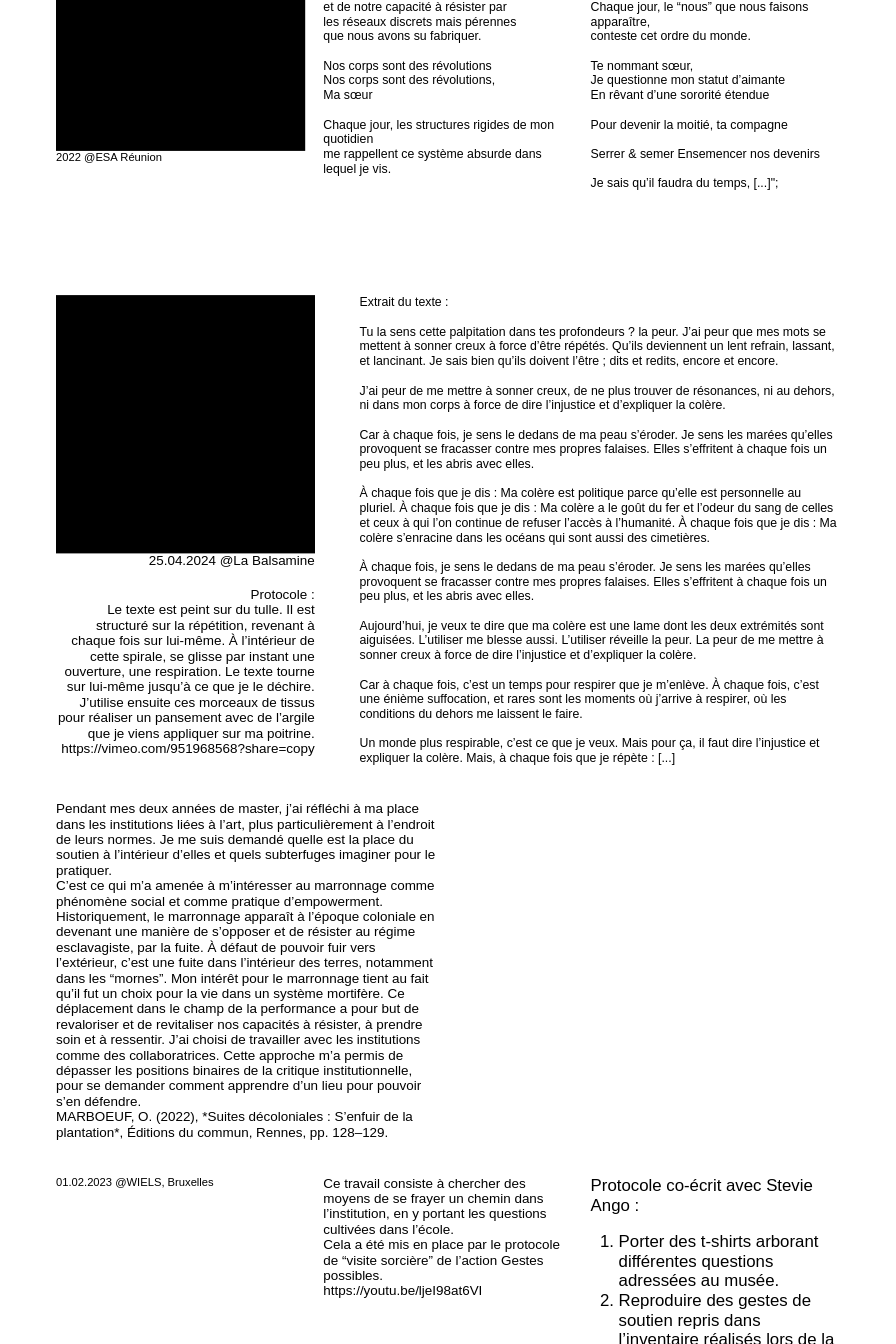
Repository: brunrhb/oce-p
Page: index.html
An editor plug-in stored every save of this project. The page is shown before and after the next save, followed by the edit.
The browser window is 1280 px wide. The pictures show the part of the page from y = 1392 to 3312 px (the page is 4769 px tall), at 70% of full size.

Above is the page before, as saved 2025-06-14 17:42:59.

### index.html
<!DOCTYPE html>
<html lang="fr">
<head>
  <meta charset="UTF-8">
  <meta name="viewport" content="width=device-width, initial-scale=1.0">
  <title>Grid 3 colonnes avec placeholders</title>
  <link rel="stylesheet" href="styles.css">
  <script defer src="content.js"></script>
</head>
<body>

<div class="allproject">

<section PROJET 1 LIASONS VEGETALES>

  <div class="p1">
    <div class="grid-p1s1" id="partie1">

<div class="col-p1s1-1">
  <div class="media-block-p1s1">
    <div class="placeholder-p1s1"></div>
    <p class="credit" data-content="p1s1-credit1"></p>
  </div>

  <div class="media-block-p1s1">
    <div class="placeholder-p1s1"></div>
    <p class="credit" data-content="p1s1-credit2"></p>
  </div>
</div>

    <div class="col-p1s1-2">
      <div class="media-block-p1s1">
        <div class="placeholder-p1s1"></div>
        <p class="credit" data-content="p1s1-credit3"></p>
      </div>
      <div class="media-block-p1s1">
        <div class="placeholder-p1s1"></div>
        <p class="credit" data-content="p1s1-credit4"></p>
      </div>
    </div>

    <div class="col-p1s1-3">
      <div class="media-block-p1s1">
        <div class="placeholder-p1s1"></div>
        <p class="credit" data-content="p1s1-credit5"></p>
      </div>
     <div class="text-block-p1s1">
       <p class="protocole-titre" data-content="p1s1-protocole-titre"></p>
       <p class="protocole-corps" data-content="p1s1-protocole-corps"></p>
    </div>

  </div>

    </div>
    <div class="grid-p1s2" id="partie2">

  <div class="col-p1s2-1">
    <div class="media-block-p1s2-1">
    <div class="placeholder-p1s1"></div>
      <div class="media-block-p1s2-2">
      <div class="placeholder-p1s1"></div>
      <p class="credit" data-content="p1s2-credit"></p>
    </div>
    </div>
  </div>

  <div class="col-p1s2-2">
      <div class="text-block-p1s2">
        <p class="extrait" data-content="p1s2-extrait1"></p>
      </div>
  </div>

  <div class="col-p1s2-3">
      <div class="text-block-p1s2">
        <p class="extrait" data-content="p1s2-extrait2"></p>
      </div>

  </div>



    </div>
  </div>

</section>

<section PROJET 2 PAENSER>

  <div class="p2">
    <div class="grid-p2">

       <div class="col-p2-1">
        <div class="media-block-p2">
          <div class="placeholder-p2"></div>
          <div class="credit-p2" data-content="p2-credit"></div>
        </div>
        <div class="text-block-p2">
          <div class="protocole-titre-p2" data-content="p2-protocole-titre"> </div>
          <div class="protocole-corps-p2" data-content="p2-protocole-corps"> </div>
          <div class="lien-p2" data-content="p2-lien"> </div>
        </div>
       </div>

       <div class="col-p2-2">
          <div class="extrait" data-content="p2-extrait"></div>
       </div>



    </div>
  </div>

</section>

<section RPOJET 3 DES NORMES AUX MORNES : MARRONNER EN SOI>

  <div class="p3">
    <div class="grid-p3">
      <div class="col-p3-1">
        <div class="text-block-p3-1">
          <div class="intro" data-content="p3-intro"></div>
          <div class="autre-corps" data-content="p3-autre-corps-1"> </div>
          <div class="biblio" data-content="p3-biblio"> </div>
        </div>
      </div>

      <div class="col-p3-2">
        <div class="text-block-p3-2">
          <div class="autre-corps" data-content="p3-autre-corps-1"> </div>
          <div class="media-block-p3">
            <div class="placeholder-p3"></div>
            <div class="placeholder-p3"></div>
          </div>

        </div>
      </div>

    </div>
  </div>



</section>

<section PROJET 4 GESTES POSSIBLEs>

<div class="p4">

<div class="grid-p4">

  <div class="col-p4-1">
    <div class="media-block-p4-1">
      <div class="credit" data-content="p4-credit"></div>
      <div class="placeholder-p4-1"></div>
    </div>
  </div>


  <div class="col-p4-2">
    <div class="placeholder-p4-2"></div>
    <div class="text-block-p4-1">
      <div class="intro" data-content="p4-intro"></div>
      <div class="autre-corps" data-content="p4-autre-corps-1"></div>
      <div class="lien" data-content="p4-lien"></div>
    </div>

  </div>


  <div class="col-p4-3">
    <div class="text-block-p4-2">
      <div class="protocole-titre" data-content="p4-protocole-titre"></div>
    </div>
  </div>

</div>

</div>

</section>

<section PROJET 5 LES MARGES FORCÉES>

  <div class="p5">
    <div class="grid-p5">

      <div class="col-p5-1">
        <div class="media-block-p5">
          <div class="placeholder-p5"></div>
          <div class="credit" data-content="p5-credit"></div>
        </div>
        <div class="text-block-p5-1">
        <div class="intro" data-content="p5-intro"></div>
        <div class="autre-corps" data-content="p5-autre-corps-1"></div>
        <div class="lien" data-content="p5-lien"></div>
        </div>
      </div>

      <div class="col-p5-2">
        <div class="extrait" data-content="p5-extrait"></div>
      </div>

    </div>
  </div>

</section>

<section PROJET 6 HIER C'EST DÉJÀ DEMAIN>

<div class="p6">
<div class="grid-p6">

  <div class="col-p6-1">
    <div class="media-block-p6-1">
      <div class="placeholder-p6-1"></div>
      <div class="credit" data-content="p6-credit-1"></div>
    </div>

    <div class="col-p6-2">
      <div class="autre-corps" data-content="p6-autre-corps-1"></div>
      <div class="text-block-p6-1">
        <div class="autre-corps" data-content="p6-autre-corps-2"></div>
        <div class="media-block-p6-2">
          <div class="placeholder-p6-2"></div>
          <div class="credit" data-content="p6-credit-2"></div>
        </div>
      </div>

    </div>

  </div>

</div>

</div>

</section>

<section PROJET 7 NOUS SOMMES LE PAYSAGE >

<div class="p7">

  <div class="grid-p7s1" id="partie1">

    <div class="col-p7s1">
      <div class="media-block-p7s1">
        <div class="placeholder-p7s1"></div>
        <div class="placeholder-p7s1"></div>
        <div class="placeholder-p7s1"></div>
        <div class="credit" data-content="p7s1-credit"></div>
      </div>

          <div class="col-p7s1">
        <div class="placeholder-p7s1"></div>
        <div class="placeholder-p7s1"></div>
        <div class="placeholder-p7s1"></div>
    </div>

              <div class="col-p7s1">
        <div class="placeholder-p7s1"></div>
        <div class="placeholder-p7s1"></div>
        <div class="placeholder-p7s1"></div>
    </div>

    <div class="grid-p7s2" id="partie2">

      <div class="row-p7s2-1">
        <div class="placeholder-p7s2"></div>
        <div class="placeholder-p7s2"></div>
        <div class="placeholder-p7s2"></div>
        <div class="media-block-p7s2">
          <div class="placeholder-p7s2"></div>
          <div class="credit" data-content="p7s2-credit-1"></div>
        </div>

      <div class="row-p7s2-2">
        <div class="text-block-p7s2-1">
          <div class="extrait" data-content="p7s2-extrait1"></div>
          <div class="credit" data-content="p7s2-credit-2"></div>
        </div>
        <div class="text-block-p7s2-2">
          <div class="extrait" data-content="p7s2-extrait2"></div>
        </div>
        <div class="text-block-p7s2-3">
          <div class="trait"></div>
          <div class="protocole-titre" data-content="p7s2-protocole-titre"></div>
          <div class="protocole-corps" data-content="p7s2-protocole-corps"></div>
        </div>
      </div>


      </div>
    </div>

  </div>

</div>

</section>

<section PROJET 8 NYAZE>

<div class="p8">

<div class="grid-p8">

  <div class="col-p8-1">
    <div class="text-block-p8">
      <div class="extrait" data-content="p8-extrait"></div>
      <div class="trait"></div>
      <div class="protocole-titre" data-content="p8-protocole-titre"></div>
      <div class="protocole-corps" data-content="p8-protocole-corps"></div>
    </div>
  </div>

  <div class="col-p8-2">
    <div class="media-block-p8">
      <div class="placeholder-p8"></div>
      <div class="credit" data-content="p8-credit"></div>
    </div>
  </div>

</div>

</div>

</section>

 </div>

</body>
</html>

### styles.css
body {
  margin: 0;
  font-family: sans-serif;
  font-size: clamp(0.9rem, 1.5vw, 1.2rem);
}

.allproject {
  display: flex;
  flex-direction: column;
  justify-content: flex-start;
  gap: 4vw;
}


/* #region PROJET1 LIASONS VEGETALES */
.p1 {
  display: flex;
  flex-direction: column;
  justify-content: flex-start;
  gap: 4vw;
}


/* #region slide1 */

/* 1 grille et colonnes */
.grid-p1s1 {
  display: grid;
  grid-template-columns: 1fr 1fr 1fr;
  padding-top: 5rem;
  padding-left: 5rem;
  padding-right: 5rem;
  column-gap: 2vw;
}

.col-p1s1-1 {
  display: flex;
  flex-direction: column;
  justify-content: flex-start;
  gap: 2vw;
  background-color: crimson;
}

.col-p1s1-2 {
  display: flex;
  flex-direction: column;
  justify-content: flex-start;
  gap: 2vw;
  background-color: royalblue;
}

.col-p1s1-3 {
  display: flex;
  flex-direction: column;
  justify-content: flex-start;
  gap: 2vw;
  background-color: seagreen;
}


/* 2 blocks et elements */
.media-block-p1s1 {
  display: block;
  width: 100%;
}

.placeholder-p1s1 {
  aspect-ratio: 1 / 1;
  width: 100%;
  background-color: black;
}

.credit {
  position: absolute;
  font-size: 1rem;
  line-height: 1.2;
  margin: 0;
  z-index: 10;
}

.text-block-p1s1 {
  display: flex;
  flex-direction: column;
  justify-content: flex-end;
  width: 100%;
  aspect-ratio: 1 / 1;
  background-color: white;
  padding: 0;
  margin: 0;
  gap: 0;
}

.protocole-titre {
  font-size: 1.5rem;
  margin: 0;
  padding: 0;
}

.protocole-corps {
  font-size: 1.1rem;
  margin: 0;
  padding: 0;
}

/* #endregion */


/* #region slide2 */

/* 1 grille et colonnes */
.grid-p1s2 {
  display: grid;
  grid-template-columns: 1fr 1fr 1fr;
  padding-bottom: 5rem;
  padding-left: 5rem;
  padding-right: 5rem;
  column-gap: 2vw;
}

.col-p1s2-1 {
  display: flex;
  flex-direction: column;
  justify-content: flex-start;
  gap: 20vw;
}

.col-p1s2-2 {
  display: flex;
}

.col-p1s2-3 {
  display: flex;
}


/* 2 blocks et elements */
.media-block-p1s2-1 {
  display: flex;
  flex-direction: column;
  gap: 2vw;
  position: relative;
  width: 100%;
}

.media-block-p1s2-2 {
  display: block;
  position: relative;
  width: 100%;
}

.text-block-p1s2 {
  gap: 0;
}

.extrait {
  font-size: 1.1rem;
}

/* #endregion */

/* #endregion */


/* #region P2 PAENSER */


.p2 {
  display: flex;
  flex-direction: column;
  justify-content: flex-start;
}

/* 1 grille et colonnes */
.grid-p2 {
  display: grid;
  grid-template-columns: 0.7fr 1.3fr;
  padding-left: 5rem;
  padding-right: 5rem;
  column-gap: 5vw;
}
.col-p2-1 {
  display: flex;
  flex-direction: column;
  justify-content: flex-start;
  gap: 2vw;
}
.col-p2-2 {
  display: flex;
  flex-direction: column;
  justify-content: flex-start;
  gap: 2vw;
}

/* 2 blocks et elements */
.media-block-p2 {
  display: block;
  width: 100%;

}
.placeholder-p2 {
  aspect-ratio: 1 / 1;
  width: 100%;
  background-color: black;
}
.credit-p2 {
  text-align: right;
  margin: top 0.5rem;
   margin-left: auto;
}
.text-block-p2 {
  text-align: right;  /* Aligne tout le texte à droite */
}

/* Si besoin de contrôle plus fin sur certains éléments */
.protocole-titre-p2,
.protocole-corps-p2,
.lien-p2 {
  text-align: right;
}
.extrait {
}

/* #endregion */


/* #region P3 DES NORMES AUX MORNES : MARRONNER EN SOI. */

/* 1 grille et colonnes */
.grid-p3 {
  display: grid;
  grid-template-columns: 1fr 1fr;
  padding-left: 5rem;
  padding-right: 5rem;
  column-gap: 2vw;
}
.col-p3-1 {
}
.col-p3-2 {
}

/* 2 blocks et elements */
.text-block-p3-1 {
}
.text-block-p3-2 {
}
.intro {
}
.autre-corps {
}
.biblio {
}
.media-block-p3 {
}
.placeholder-p3 {
}

/* #endregion */


/* #region P4 ECOLE COMME CAISSE D RESONNANCE */

/* 1 grille et colonnes */
.grid-p4 {
  display: grid;
  grid-template-columns: 1fr 1fr 1fr;

  padding-left: 5rem;
  padding-right: 5rem;
  column-gap: 2vw;
}

.col-p4-1 {
}
.col-p4-2 {
}
.col-p4-3 {
}

/* 2 blocks et elements */
.media-block-p4-1 {
}
.placeholder-p4-1 {
}
.placeholder-p4-2 {
}
.credit {
}
.text-block-p4-1 {
}
.intro {
}
.autre-corps {
}
.lien {
}
.text-block-p4-2 {
}
.protocole-titre {
}

/* #endregion */


/* #region P5 GESTES POSSIBLES */

/* 1 grille et colonnes */
.grid-p5 {
  display: grid;
  grid-template-columns: 0.3fr 0.7fr 1fr;
  padding-left: 5rem;
  padding-right: 5rem;
  column-gap: 2vw;
}

.col-p5-1 {
}
.col-p5-2 {
}

/* 2 blocks et elements */
.media-block-p5 {
}
.placeholder-p5 {
}
.credit {
}
.text-block-p5-1 {
}
.intro {
}
.autre-corps {
}
.lien {
}
.extrait {
}

/* #endregion */


/* #region P6 LES MARGES FORCÉES */

/* 1 grille et colonnes */
.grid-p6 {
}
.col-p6-1 {
}
.col-p6-2 {
}

/* 2 blocks et elements */
.media-block-p6-1 {
}
.placeholder-p6-1 {
}
.credit {
}
.autre-corps {
}
.text-block-p6-1 {
}
.media-block-p6-2 {
}
.placeholder-p6-2 {
}

/* #endregion */

/* #region P7  */
/* #region P7S1 */

/* 1 grille et colonnes */
.grid-p7s1 {
}
.col-p7s1 {
}

/* 2 blocks et elements */
.media-block-p7s1 {
}
.placeholder-p7s1 {
}
.credit {
}

/* #endregion */


/* #region P7S2 */

/* 1 grille et colonnes */
.grid-p7s2 {
}
.row-p7s2-1 {
}
.row-p7s2-2 {
}

/* 2 blocks et elements */
.placeholder-p7s2 {
}
.media-block-p7s2 {
}
.credit {
}
.text-block-p7s2-1 {
}
.extrait {
}
.text-block-p7s2-2 {
}
.text-block-p7s2-3 {
}
.trait {
}
.protocole-titre {
}
.protocole-corps {
}

/* #endregion */
/* #endregion */


/* #region P8 */

/* 1 grille et colonnes */
.grid-p8 {
}
.col-p8-1 {
}
.col-p8-2 {
}

/* 2 blocks et elements */
.text-block-p8 {
}
.extrait {
}
.trait {
}
.protocole-titre {
}
.protocole-corps {
}
.media-block-p8 {
}
.placeholder-p8 {
}
.credit {
}

/* #endregion */

Loaded but not shown: content.js (174 lines, source omitted)

After the next save:
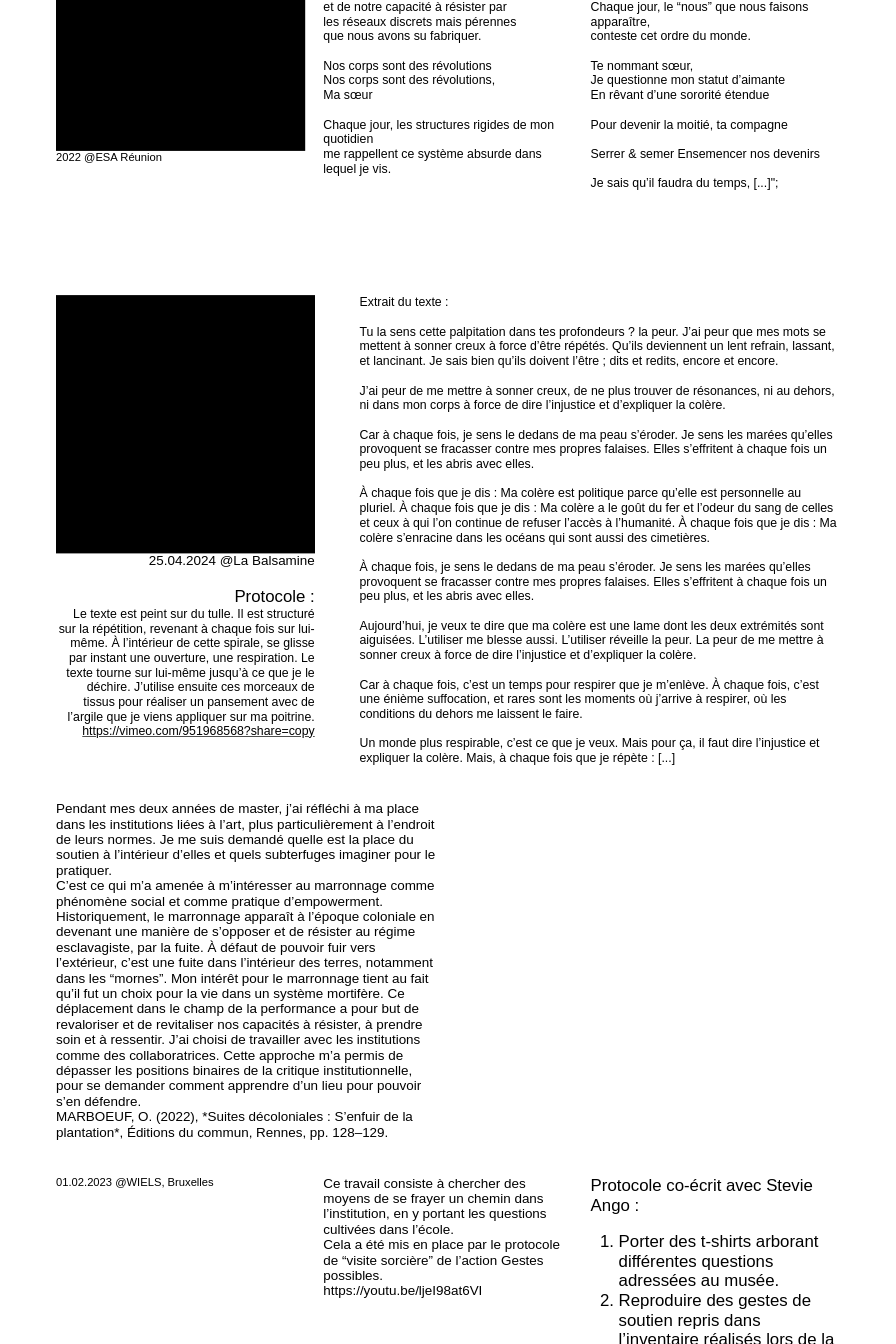
Saved 7 min 8 s later.
--- a/styles.css
+++ b/styles.css
@@ -212,10 +212,20 @@ body {
 }
 
 /* Si besoin de contrôle plus fin sur certains éléments */
-.protocole-titre-p2,
-.protocole-corps-p2,
+.protocole-titre-p2 {
+  text-align: right;  /* Aligne tout le texte à droite */
+  font-size: 1.5rem;
+  }
+
+.protocole-corps-p2 {
+  text-align: right;  /* Aligne tout le texte à droite */
+  font-size: 1.1rem;
+  }
+
 .lien-p2 {
   text-align: right;
+  font-size: 1.1rem;
+  text-decoration: underline;
 }
 .extrait {
 }
